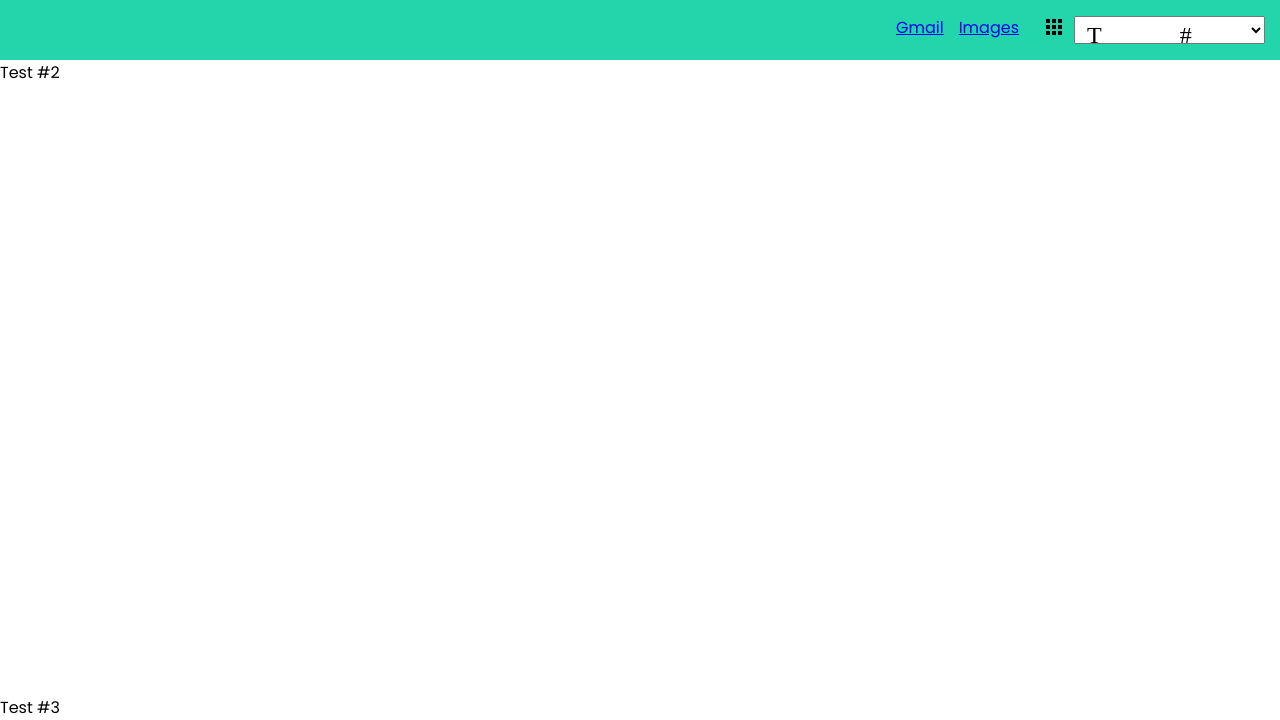
Repository: gabrielbino/AllExercises-IDW
Page: exercise-07/index.html
An editor plug-in stored every save of this project. The page is shown before and after the next save, followed by the edit.
The browser window is 1280 px wide. The pictures show the whole page.

Above is the page before, as saved 2021-11-09 01:47:17.

After the next save:
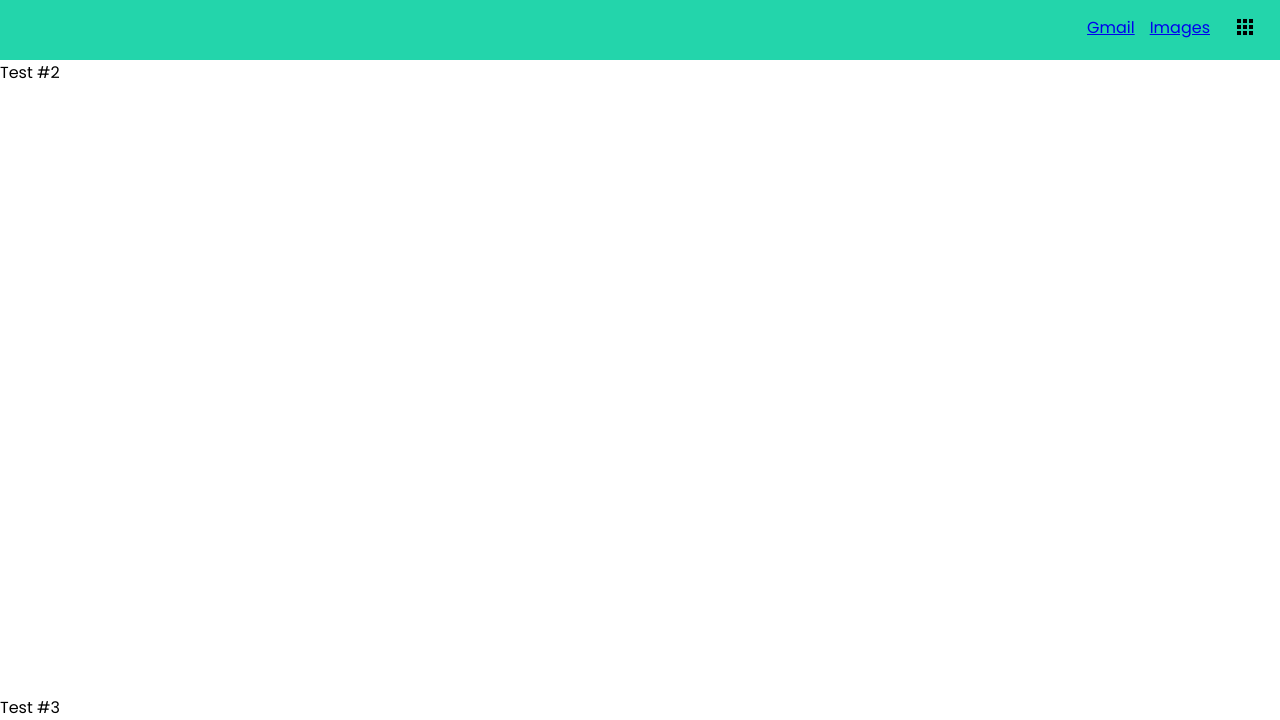
Saved 18 s later.
--- a/exercise-07/index.html
+++ b/exercise-07/index.html
@@ -24,13 +24,6 @@
           <li><span class="material-icons"> apps </span></li>
         </ul>
       </nav>
-      <select name="More apps" class="material-icons">
-        <optgroup>
-          <option value="1">Test #1</option>
-          <option value="2">Test #2</option>
-          <option value="3">Test #3</option>
-        </optgroup>
-      </select>
     </header>
     <main>Test #2</main>
     <footer>Test #3</footer>
